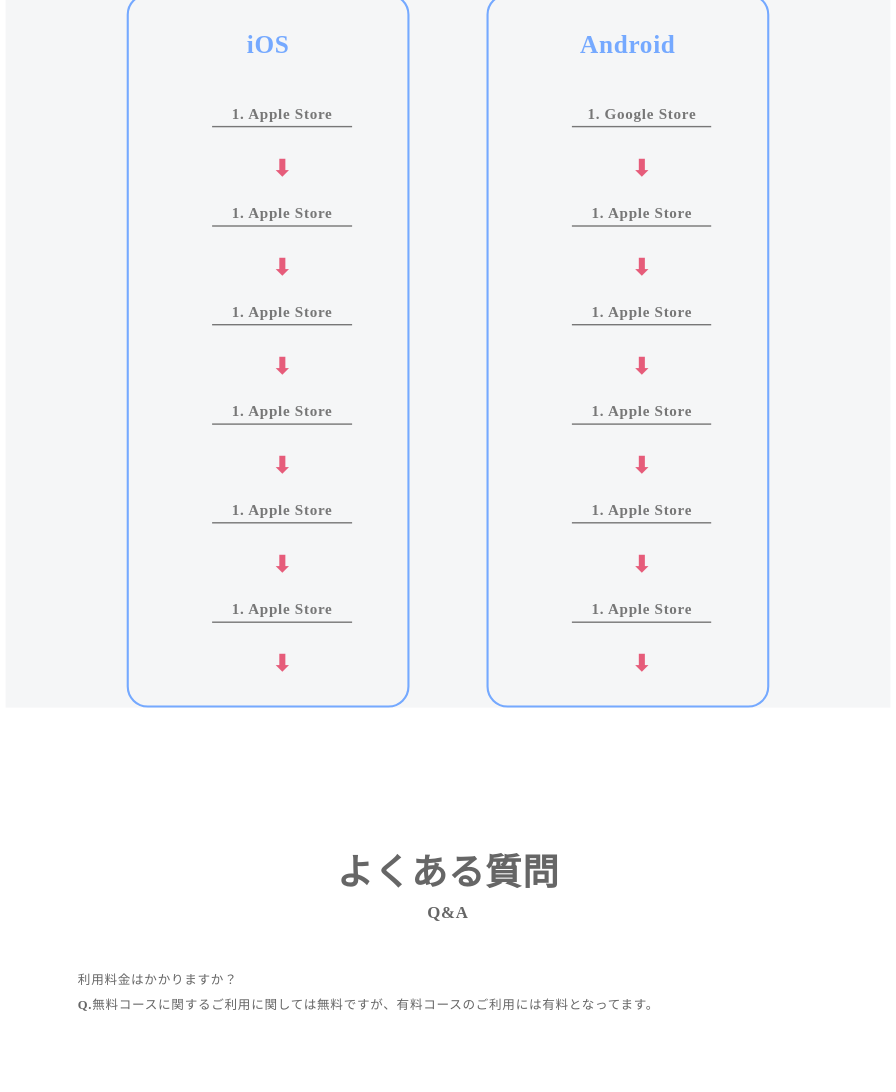
Repository: nozomi-23/LP2
Page: index.html
An editor plug-in stored every save of this project. The page is shown before and after a run of saves, followed by the edit.
The browser window is 1280 px wide. The pictures show the part of the page from y = 4267 to 6187 px (the page is 5827 px tall before and 6187 px after), at 70% of full size.

Above is the page before, as saved 2022-06-15 18:34:07.
Not found: css/reset.css

### index.html
<!DOCTYPE html>
<html lang="en">
<head>
  <meta charset="UTF-8">
  <title>プログラミング教材「WithCode」</title>
  <meta name="description" content="「人生をコードと共に」というビジョンを達成するべく、皆さんのプログラミング学習をサポートします。">
  <meta name="keywords" content="IT,プログラミング,コミュニティ">
  <meta name="viewport" content="width=device-width, initial-scale=1.0">
  <meta property="og:title" content="プログラミング教材「WithCode」">
  <meta property="og:type" content="article">
  <meta property="og:url" content="https://withcode-plus.tech">
  <meta property="og:image" content="img/logo.png">
  <meta property="og:description" content="「人生をコードと共に」というビジョンを達成するべく、皆さんのプログラミング学習をサポートします。">
  <meta property="og:site_name" content="プログラミング教材">
  <link rel="icon" href="favicon.ico">
  <link rel="apple-touch-icon" sizes="180x180" href="img/logo.png">
  <link rel="stylesheet" type="text/css" href="css/reset.css">
  <link rel="stylesheet" type="text/css" href="css/common.css">
</head>
<body>
  <!--======================= header -->
  <header>
    <div class="header_inner">
      <a href="#" class="header_logo">
        <img src="img/logo_1.png" alt="ロゴ画像">
      </a>
      <nav class="header_nav">
        <ul>
          <li><a href="#intro">アプリ紹介</a></li>
          <li><a href="#how">ご利用方法</a></li>
          <li><a href="#faq">よくある質問</a></li>
          <li><a href="#news">お知らせ</a></li>
          <li class="contact"><a href="#contact">お問い合わせ</a></li>
        </ul>
      </nav>
    </div>
    <!-- ハンバーガーメニュー CSS64行目〜 -->
    <div class="drawer"></div>
  </header>
  <main>
    <!--======================= top -->
    <section class="top section">
      <div class="inner">
        <div class="top_wrapper">
          <div class="top_left">
            <h1 class="font1">
              <p>WithCode Mobile</p>
              <small>−ゲームでプログラミン学習を−</small>
            </h1>
            <div class="download_wrapper">
              <div class="download_app">
                <a href="https://www.apple.com/jp/app-store/">
                  <img src="img/apple.png" alt="app store">
                </a>
              </div>
              <div class="download_google">
                <a href="https://play.google.com/store/apps?hl=ja&gl=US">
                  <img src="/img/google.png" alt="Google_Play">
                </a>
              </div>
            </div>
          </div>
          <div class="top_right">
            <img src="img/app_img_1.png" alt="スマホ画像">
          </div>
        </div>
      </div>
    </section>
    <!--======================= feature -->
    <section class="feature">
      <div class="inner">
        <h2 class="font2">
          WithCode Mobile<br>ゲームで学習するとは
        </h2>
        <p class="feature_txt">「WithCode
        Mobile」は既存のプログラミング学習には存在しない、ゲームを通じて楽しみながらプログラミングを学習することを可能にします。社会のIT化が進む中で、これまで以上に優秀なIT人材が必須となっています。この社会課題に対して、WithCode
        Mobileはゲームを通じてIT人材を排出していきます。また、楽しみながらの学習を可能にしているので、挫折率を圧倒的に減少させることに成功しています。さあ、新たな手法でプログラミングを学習しましょう！</p>
      </div>
    </section>
    <!--======================= intro -->
    <section class="intro section" id="intro">
      <div class="inner">
        <h3 class="font3">アプリ紹介
          <small>Introduction</small></h3>
        <div class="app_all">
          <div class="app_innre">
            <div class="app_wrapper">
              <div class="app_left">
                <h4 class="font4">多種多様な<br>プログラミング言語</h4>
                <h5 class="font5">
                  <strong>Web/iOS/Android</strong>
                  <br>などのプログラミング言語をカバー
                </h5>
                <p class="descript">WithCode Mobileでは、IT業界で主流であるJavaScript / Ruby / PHPなどのWeb開発言語に加えて、 Swift / JavaなどのiOSやAndroidのモバイル開発、近年需要が急上昇しているPython、
                シリコンバレーで多用されているGoなどの大部分のプログラミング言語を学習することができます。プログラミング学習を始めたい方の第一歩として、WithCode Mobileを体感してみて下さい。</p>
              </div>
              <div class="app_right">
                <img src="img/app_img_2.png" alt="アプリ紹介１">
              </div>
            </div>
          </div>
          <div class="app_innre">
            <div class="app_wrapper reverse_wrapper">
              <div class="app_left raverse_left">
                <h4 class="font4">多種多様な<br>プログラミング言語</h4>
                <h5 class="font5">
                  <strong>Web/iOS/Android</strong>
                  <br>などのプログラミング言語をカバー
                </h5>
                <p class="descript">WithCode Mobileでは、IT業界で主流であるJavaScript / Ruby / PHPなどのWeb開発言語に加えて、 Swift /
                  JavaなどのiOSやAndroidのモバイル開発、近年需要が急上昇しているPython、
                  シリコンバレーで多用されているGoなどの大部分のプログラミング言語を学習することができます。プログラミング学習を始めたい方の第一歩として、WithCode Mobileを体感してみて下さい。</p>
              </div>
              <div class="app_right reverse_right">
                <img src="img/app_img_2.png" alt="アプリ紹介１">
              </div>
            </div>
          </div>
          <div class="app_innre">
            <div class="app_wrapper">
              <div class="app_left">
                <h4 class="font4">多種多様な<br>プログラミング言語</h4>
                <h5 class="font5">
                  <strong>Web/iOS/Android</strong>
                  <br>などのプログラミング言語をカバー
                </h5>
                <p class="descript">WithCode Mobileでは、IT業界で主流であるJavaScript / Ruby / PHPなどのWeb開発言語に加えて、 Swift /
                  JavaなどのiOSやAndroidのモバイル開発、近年需要が急上昇しているPython、
                  シリコンバレーで多用されているGoなどの大部分のプログラミング言語を学習することができます。プログラミング学習を始めたい方の第一歩として、WithCode Mobileを体感してみて下さい。</p>
              </div>
              <div class="app_right">
                <img src="img/app_img_2.png" alt="アプリ紹介１">
              </div>
            </div>
          </div>
        </div>
      </div>
    </section>
        <!--======================= how -->
    <section class="how secton" id="how">
      <div class="inner">
        <h3 class="font3 font3_sub">ご利用方法
          <small>How to Use</small>
        </h3>
        <div class="how_wrapper">
          <div class="how_block">
            <h4 class="font4 font4_sub">iOS</h4>
            <ul class="how_list">
              <li>1. Apple Store</li>
              <p>⬇︎</p>
              <li>1. Apple Store</li>
              <p>⬇︎</p>
              <li>1. Apple Store</li>
              <p>⬇︎</p>
              <li>1. Apple Store</li>
              <p>⬇︎</p>
              <li>1. Apple Store</li>
              <p>⬇︎</p>
              <li>1. Apple Store</li>
              <p>⬇︎</p>
            </ul>
          </div>
          <div class="how_block">
            <h4 class="font4 font4_sub">Android</h4>
            <ul class="how_list">
              <li>1. Google Store</li>
              <p>⬇︎</p>
              <li>1. Apple Store</li>
              <p>⬇︎</p>
              <li>1. Apple Store</li>
              <p>⬇︎</p>
              <li>1. Apple Store</li>
              <p>⬇︎</p>
              <li>1. Apple Store</li>
              <p>⬇︎</p>
              <li>1. Apple Store</li>
              <p>⬇︎</p>
            </ul>
          </div>
        </div>
      </div>
    </section>
    <!--======================= faq -->
    <section class="faq section" id="faq">
      <div class="inner">
        <h3 class="font3 font3_sub">よくある質問
          <small>Q&A</small>
        </h3>
        <div class="faq_txt">
          <ul>
            <li>利用料金はかかりますか？</li>
            <p><strong>Q.</strong>無料コースに関するご利用に関しては無料ですが、有料コースのご利用には有料となってます。</p>

          </ul>
        </div>
      </div>
    </section>
  </main>
</body>
</html>

### css/common.css
@charset "UTF-8";

body {
  font-size: 18px;
  line-height: 1;
  letter-spacing: 1px;
  word-break: break-all;
  color: #666;
}

a {
  text-decoration: none;
  color: #666;
}

li {
  list-style: none;
}
/* ===================
header
=======================*/
.header_inner {
  display: flex;
  justify-content: space-between;
  align-items: center;
  margin: 1%;
}
.header_logo {
  width: 20%;
}
.header_logo img {
  width: 100%;
  height: 100%;
}
.header_nav {
  width: 70%;
}
.header_nav ul {
  display: flex;
  justify-content: flex-end;
  align-items: center;
}
.header_nav ul li {
  text-align: center;
  font-size: 1.1rem;
  font-weight: bold;
  margin: 0 2%;
}
.header_nav ul li:hover {
  opacity: 0.5;
}
.contact {
  width: 18%;
  background: #75a9ff;
  border-radius: 30px;
  line-height: 3;
}
.contact a {
  color: #fff;
  display: block;
  width: 100%;
  height: 100%;
}
/* ハンバーガーメニュー 要素を不可視にする*/
.drawer {
  visibility: hidden;
}
/* ===================
共通レイアウト
=======================*/
.section {
  padding: 7% 0 ;
  position: relative;
}
.inner {
  width: 90%;
  margin: 0 auto;
}
/* ===================
top
=======================*/
.top_wrapper {
  display: flex;
  justify-content: space-evenly;
  align-items: center;
}
.top_left {
  width: 50%;
}
.font1 {
  font-size: 1.5rem;
  font-weight: bold;
  text-align: center;
}
.font1 p {
  font-size: 3.25rem;
  text-align: center;
  color: #75a9ff;
  line-height: 2;
}
.font1 small {
  font-size: 1.75rem;
  font-weight: bold;
}
.download_wrapper {
  display: flex;
  margin: 5% 0;
}
.download_app {
  width: 50%;
}
.download_app a {
  display: flex;
  justify-content: center;
}
.download_app img {
  width: 60%;
}
.download_google {
  width: 50%;
}
.download_google a {
  display: flex;
  justify-content: center;
}
.download_google img {
  width: 60%;
}
.top_right {
  width: 40%;
}
.top_right img {
  width: 100%;
  height: 100%;
}
/* ===================
feature
=======================*/
.feature {
  width: 75%;
  margin: 0 auto;
}
.font2 {
  font-size: 1.75rem;
  color: #75a9ff;
  line-height: 1.5;
  margin-bottom: 2.5%;
}
.font2::after {
  content: "";
  background: #75a9ff;
  height: 2px;
  width: 10%;
  display: inline-block;
  vertical-align: middle;
  margin-left: 2%;
}
.feature_txt {
  line-height: 1.8;
}
/* ===================
intro
=======================*/
.intro {
  background: linear-gradient(to bottom, #75a9ff, #f5f6f7);
  margin-top: 5%;
}
.font3 {
  font-size: 3.25rem;
  color: #fff;
  text-align: center;
  padding-bottom: 1.5%;
  line-height: 1.5;
}
.font3 small {
  font-size: 1.5rem;
  display: block;
}
.app_all {
  width: 90%;
  margin: 0 auto;
}
.app_innre {
  background: linear-gradient(to bottom, #fff, #f5f6f7);
  border-radius: 30px;
  padding: 7.5% 5%;
  margin-top: 5%;
}
.app_wrapper {
  display: flex;
  justify-content: space-evenly;
  align-items: center;
}
.app_left {
  width: 40%;
}
.font4 {
  font-size: 2.25rem;
  line-height: 1.25;
  padding: 5%;
}
.font5 {
  font-size: 1.25rem;
  margin-bottom: 3%;
  line-height: 1.5;
}
.font5 strong {
  color: #75a9ff;
}
.descript {
  font-size: 1rem;
  line-height: 1.75;
}
.app_right{
  width: 40%;
  display: flex;
  justify-content: flex-end;
}
.app_right img {
  width: 70%;
}
.reverse_wrapper {
  flex-flow: row-reverse;
}
.reverse_right {
  justify-content: flex-start;
}
/* ===================
how
=======================*/
.how {
  background: #f5f6f7;
}
.font3_sub {
  color: #666;
}
.how_wrapper {
  display: flex;
  justify-content: space-evenly;
  align-items: center;
  margin: 5% 0;
}
.how_block {
  width: 35%;
  border: 3px solid #75a9FF;
  border-radius: 30px;
  text-align: center;
}
.font4_sub {
color: #75a9ff;
padding: unset;
font-size: 2.25rem;
}
.how_list {
  display: inline-block;
  width: 50%;
  margin: 3% 0;
}
.how_list li {
  border-bottom: 2.5px solid #777;
  padding: 3%;
  font-size: 1.35rem;
  font-weight: bold;
  color: #777;
}
.how_list p {
  font-size: 2rem;
  padding-top: 5%;
  font-weight: bold;
  color: #e65c7a;
}
/* ===================
faq
=======================*/

After the next 2 saves:
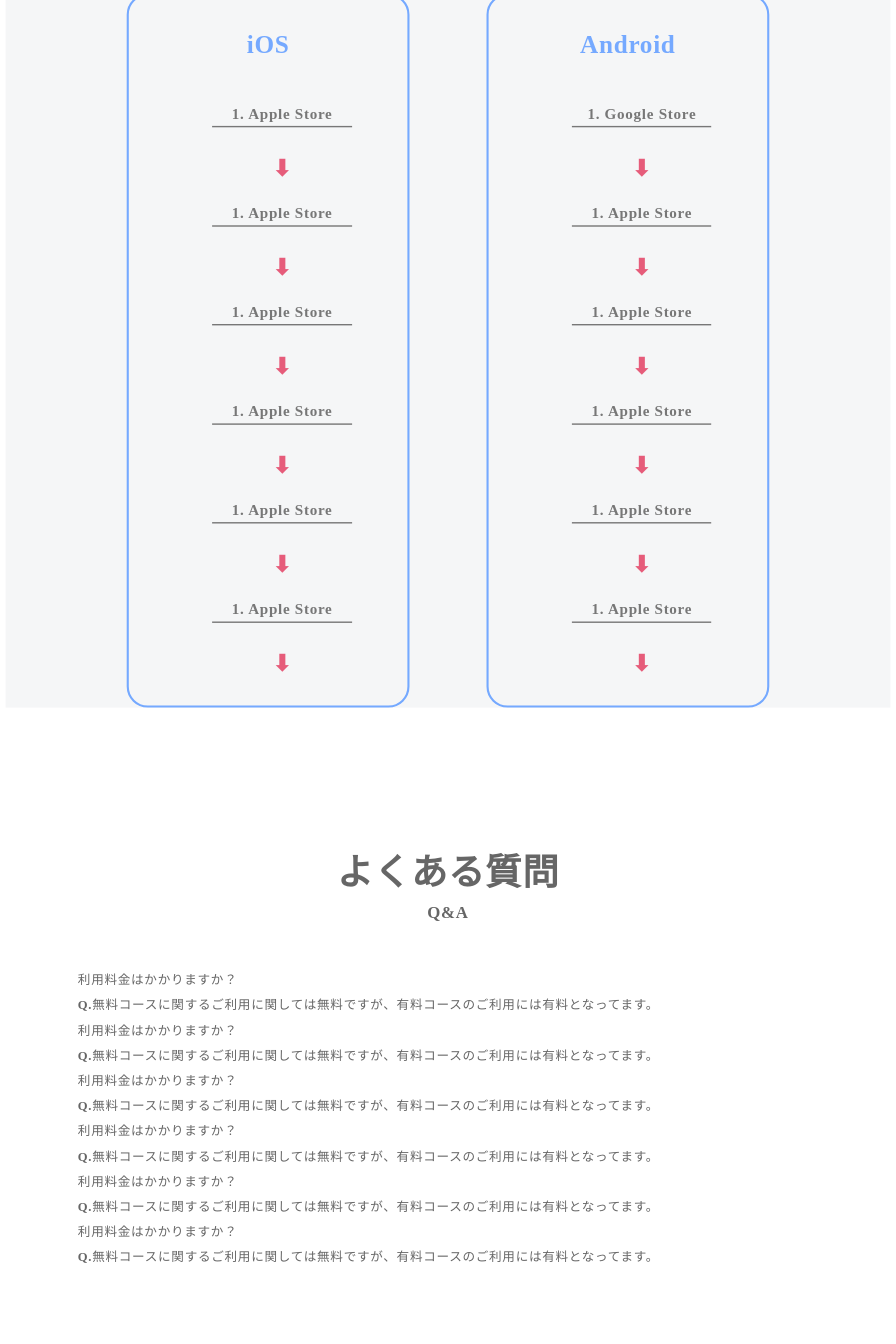
The 2 saves are shown as one change because they came seconds apart.
The last was saved 13 s later.
--- a/index.html
+++ b/index.html
@@ -190,7 +190,16 @@
           <ul>
             <li>利用料金はかかりますか？</li>
             <p><strong>Q.</strong>無料コースに関するご利用に関しては無料ですが、有料コースのご利用には有料となってます。</p>
-
+            <li>利用料金はかかりますか？</li>
+            <p><strong>Q.</strong>無料コースに関するご利用に関しては無料ですが、有料コースのご利用には有料となってます。</p>
+            <li>利用料金はかかりますか？</li>
+            <p><strong>Q.</strong>無料コースに関するご利用に関しては無料ですが、有料コースのご利用には有料となってます。</p>
+            <li>利用料金はかかりますか？</li>
+            <p><strong>Q.</strong>無料コースに関するご利用に関しては無料ですが、有料コースのご利用には有料となってます。</p>
+            <li>利用料金はかかりますか？</li>
+            <p><strong>Q.</strong>無料コースに関するご利用に関しては無料ですが、有料コースのご利用には有料となってます。</p>
+            <li>利用料金はかかりますか？</li>
+            <p><strong>Q.</strong>無料コースに関するご利用に関しては無料ですが、有料コースのご利用には有料となってます。</p>
           </ul>
         </div>
       </div>
